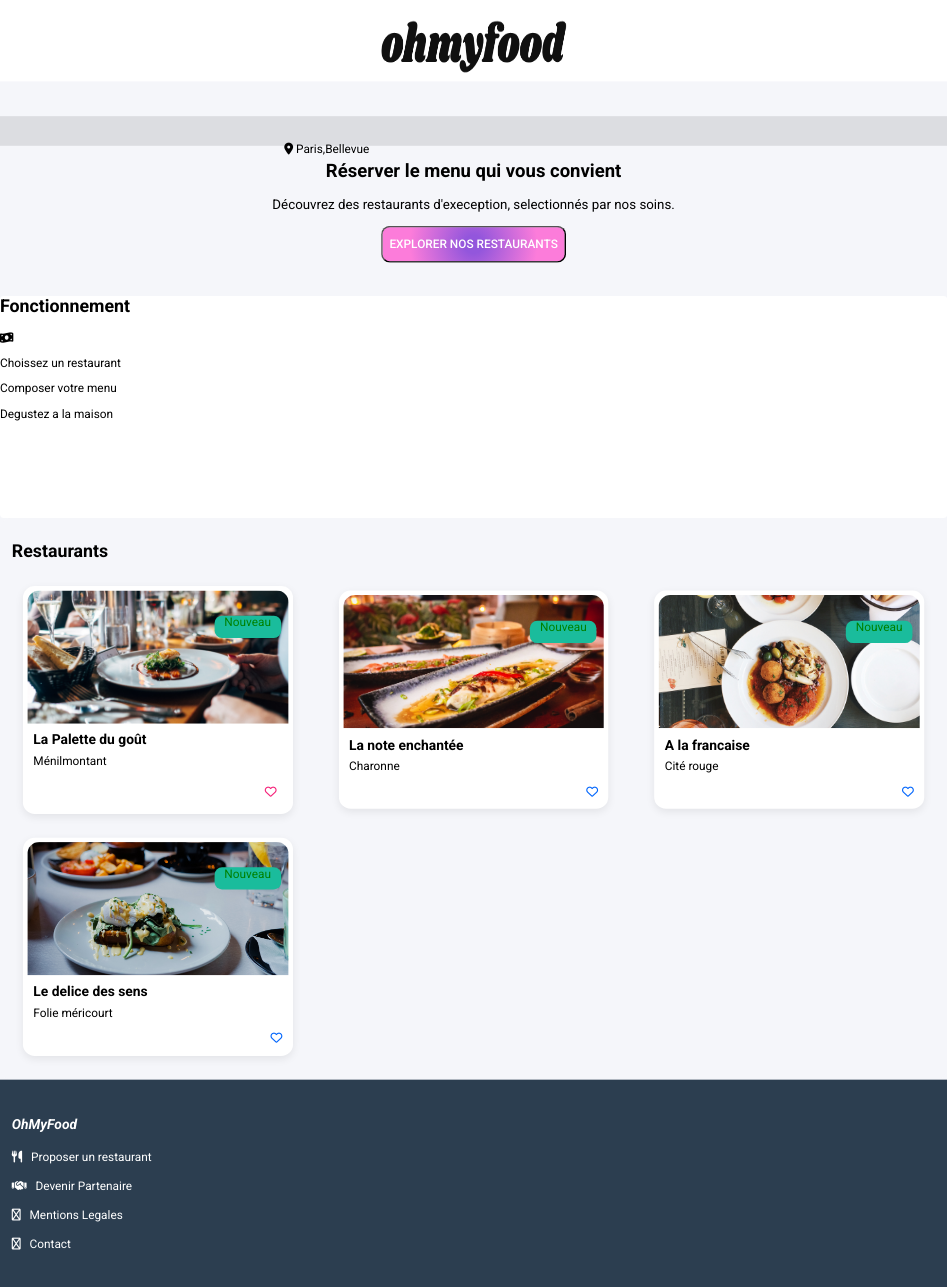
Repository: ultraasedev/ohmyfood
Page: index.html
These files come from the project's save history. The page is drawn as it stood at one moment and after the next save; the edit follows.
The browser window is 1280 px wide. The pictures show the whole page, at 74% of full size.
Some web fonts or font styles are not loaded; a fallback is used. Some web libraries are served in a nearby version.

Above is the page before, as saved 2022-10-27 18:41:23.

### index.html
<!doctype html>
<html lang="fr">
    <head>
        <meta charset="UTF-8">
        <meta name="viewport" content="width=device-width,minimum-scale=1,initial-scale=1,maximum-scale=2">

      <title>Ohmyfood!  - Home</title>
       <meta name="description" content="Ohmyfood! est une entreprise de commande de repas en ligne. Notre concept permet aux
       utilisateurs de composer leur propre menu et réduire leur temps d’attente dans les
       restaurants car leur menu est préparé à l’avance. Plus de perte de temps à consulter la carte"/>
       <meta property="og:site_name" content="Ohmyfood!  - est une entreprise de commande de repas en ligne. Notre concept permet aux
       utilisateurs de composer leur propre menu et réduire leur temps d’attente dans les
       restaurants car leur menu est préparé à l’avance. Plus de perte de temps à consulter la carte" />
       <meta property="og:description" content="est une entreprise de commande de repas en ligne. Notre concept permet aux
       utilisateurs de composer leur propre menu et réduire leur temps d’attente dans les
       restaurants car leur menu est préparé à l’avance. Plus de perte de temps à consulter la carte" />




       <link type="text/css" rel="stylesheet" href="css/normalize.css"/>
       <link type="text/css" rel="stylesheet" href="css/all.min.css"/>
       <link type="text/css" rel="stylesheet" href="css/fontawesome.min.css"/>
       <link rel="preconnect" href="https://fonts.googleapis.com">
        <link rel="preconnect" href="https://fonts.gstatic.com" crossorigin>
       <link href="https://fonts.googleapis.com/css2?family=Roboto:ital,wght@0,100;0,300;0,400;0,500;0,700;0,900;1,100;1,300;1,400;1,500;1,700;1,900&family=Shrikhand&display=swap" rel="stylesheet">
       <script   src="https://kit.fontawesome.com/f132f25ed3.js" crossorigin="anonymous"></script>

       <link type="text/css" rel="stylesheet" href="css/style.css" />



       </head>

       <body>
<!--Nav + Logo-->
   <div class="nav">
    <div class="logo">
      <img src="images/logo/ohmyfood.png" alt="Ohmyfood !" class="logo"/>
    </div>
   </div>


<!--Header-->
<header>
  <!--Location-->
 <div class="location">
  <div class="villeloca"><p><i class="fa-sharp fa-solid fa-location-dot"></i> Paris,Bellevue</p></div>
</div>

  <div class="head-cont">
    <h2>Réserver le menu qui vous convient</h2>
    <p>Découvrez des restaurants d'exeception, selectionnés par nos soins.</p>

    <button class="btn-nav">
      Explorer nos restaurants
    </button>
  </div>
</header>

<!--Fonctionnement-->
<section class="cont-fonc">
  <h2>Fonctionnement</h2>

  <div class="ctn-filtres">

    <div class="filtres">
      <i class="fa-solid fa-money-bill-wave"></i>
      <p>Choissez un restaurant</p>
    </div>

    <div class="filtres">
      <div class="circle-inf"></div>
      <p>Composer votre menu</p>
    </div>

    <div class="filtres">
      <div class="circle-inf"></div>
      <p>Degustez a la maison</p>
    </div>


  </div>

</section>
<!--Fonctionnement-->

<!--Restau 1-->
<section class="cont-art">
  <h2>Restaurants</h2>

  <!-- Card 1 -->
              <article class="resto-card">
                <a href="#">
                  <img
                    src="./images/restaurants/jay-wennington-N_Y88TWmGwA-unsplash.jpg"
                    alt="Photo de l'hébergement"
                  />
                  <div class="new">Nouveau</div>
                  <h3>La Palette du goût</h3>
                  <p>Ménilmontant</p>
                  <div class="stars">
                    <i class="fa-regular fa-heart active"></i>
                  </div>
                </a>
              </article>


               <!-- Card 2 -->
               <article class="resto-card">
                <a href="#">
                  <img
                    src="./images/restaurants/louis-hansel-shotsoflouis-qNBGVyOCY8Q-unsplash.jpg"
                    alt="Photo de l'hébergement"
                  />
                  <div class="new">Nouveau</div>
                  <h3>La note enchantée</h3>
                  <p>Charonne</p>
                  <div class="stars">
                    <i class="fa-regular fa-heart"></i>

                  </div>
                </a>
              </article>

               <!-- Card 3 -->
               <article class="resto-card">
                <a href="#">
                  <img
                    src="./images/restaurants/stil-u2Lp8tXIcjw-unsplash.jpg"
                    alt="Photo de l'hébergement"
                  />
                  <div class="new">Nouveau</div>
                  <h3>A la francaise</h3>
                  <p>Cité rouge</p>
                  <div class="stars">
                    <i class="fa-regular fa-heart"></i>
                  </div>
                </a>
              </article>

               <!-- Card 4 -->
               <article class="resto-card">
                <a href="#">
                  <img
                    src="./images/restaurants/toa-heftiba-DQKerTsQwi0-unsplash.jpg"
                    alt="Photo de l'hébergement"
                  />
                  <div class="new">Nouveau</div>
                  <h3>Le delice des sens</h3>
                  <p>Folie méricourt</p>
                  <div class="stars">
                    <i class="fa-regular fa-heart"></i>
                  </div>
                </a>
              </article>




</section>

<!--FOOTER-->
<footer>
  <div class="container-footer">
    <div class="card-footer">
      <h3 style="font-family: 'Roboto';font-weight: 700;font-style: italic;">OhMyFood</h3>
      <!--<img src="images/logo/ohmyfood.png" alt="Ohmyfood !" height="20px" width="80px" style="margin-bottom: 10px;"/>-->
      <a href="#"><i class="fa-solid fa-utensils"></i>&nbsp;&nbsp;&nbsp;Proposer un restaurant</a>
      <a href="#"><i class="fa-solid fa-handshake"></i>&nbsp;&nbsp;&nbsp;Devenir Partenaire</a>
      <a href="#"><i class="fa-regular fa-circle-info"></i>&nbsp;&nbsp;&nbsp;Mentions Legales</a>
      <a href="#"><i class="fa-regular fa-phone"></i>&nbsp;&nbsp;&nbsp;Contact</a>

    </div>

</footer>

### css/style.css
*{
    box-sizing: border-box;
    font-family: var(--fontall);
    max-width: 1380px;

}
:root{

  /*Font*/
  --fontall: 'Roboto', sans-serif;
  --fontlg: 'Shrikhand' , cursive;

  /*color*/
  --primary: #9356DC;
  --secon: #FF79DA;
  --tert: #99E2D0;

  --greybg: #f5f6fa;

}


body{
    background-color:  var(--greybg);
    font-family: var(--fontall);
}

/* Nav*/
.nav{
  display: flex;
  height: 130px;
  width: 100%;
  background-color: #fff;
  align-items: center;
  align-content: center;
  text-align: center;
  margin-bottom: 10px;
}
/*Logo*/
.logo{
  position: relative;
  align-items: center;
  align-content: center;
  text-align: center;
  margin-right: auto;
  margin-left: auto;
}
.logo img{
  height: 70px;
  width: 250px;
}
/*Header*/
header{
  position: absolute;
  height: 300px;
  width: 100%;
  background-color: #f5f6fa;
  align-items: center;
  align-content: center;
  text-align: center;
  margin-top: -30px;
}
/*Location*/
.location{
  position: flex;
  background-color: #dcdde1;
  height: 40px;
  margin-top: -8px;
  align-items: center;
  align-content: center;
  text-align: center;
}
.location .villeloca{
  position: absolute;
  align-items: center;
  align-content: center;
  text-align: center;
  left: 30%;
}

/*Head-Cont*/

.head-cont h2{
  font-size: 25px;
  font-weight: bold;

}
.head-cont p{
  font-size: 18px;
  font-weight: 400;

}
/*Btn-nav*/
.btn-nav{
  align-items: center;
  align-content: center;
  text-transform: uppercase;
  transition: 0.5s;
  background: rgb(147,86,220);
  background: radial-gradient(circle, rgba(147,86,220,1) 10%, rgba(252,124,218,1) 69%);
  z-index: -1;
  transition: transform 400ms ease-in;
  color: #fff;
  width: 250px;
  height: 50px;
  overflow: hidden;
  text-decoration: none;
  border-radius: 12px;
 font-weight: 500;

}
/*Fonctionnement*/
.cont-fonc{
  position: relative;
  background-color: #fff;
  height: 300px;
  margin-top: 270px;
  border-radius: 5px;
}


/* Content Article */
.cont-art{
  background-color: #f5f6fa;
  padding: 32px 16px;
  border-radius: 16px;
  display: grid;
  grid-template-columns: repeat(3, 1fr);
  gap: 32px;
  left: 10px;
}
.cont-art h2 {
  grid-column: 1/-1;
  margin: 0;
}
.cont-art .resto-card{
  background: white;
  padding: 6px;
  border-radius: 16px;
  margin: auto;
  box-shadow: rgba(0, 0, 0, 0.08) 0px 4px 12px;
  transition: 0.2s;
  width: calc(100% - 30px);
}
.cont-art .resto-card .new{
  position: relative;
  background-color: #1abc9c;
  color: green;
  height: 30px;
  width: 90px;
  text-align: center;
  justify-content: center;
  align-items: center;
  border-radius: 10px;
  float: right;
  top: -150px;
  margin-right: 10px;
  font-weight: 400;
}
.cont-art .resto-card img {
  height: 180px;
  object-fit: cover;
  width: 100%;
  border-top-right-radius: 16px;
  border-top-left-radius:16px;
}
.cont-art .resto-card a {
  text-decoration: none;
  color: inherit;
}

.cont-art .resto-card h3 {
  margin: 8px 8px 8px;
}

.cont-art .resto-card p {
  margin: 8px 8px 8px;
}

.cont-art .resto-card .stars {
  margin: 8px 8px 8px;
  color: #0065fc;
  float: right;
}
.cont-art .resto-card .stars .active{
  margin: 8px 8px 8px;
  color: #f52179;
}

/*FOOTER*/
footer {
  background-color: #2c3e50;
  padding: 32px 16px;
  color: #fff;
}
.container-footer {
  display: flex;
  max-width: 1330px;
  margin: auto;
  font-family: "Raleway", sans-serif;
  gap: 16px;
}
.card-footer {
  display: flex;
  flex-direction: column;
  min-width: 30%;
}

.card-footer a {
  margin-top: 5px;
  margin-bottom: 16px;
  text-decoration: none;
  color: inherit;
}

.card-footer a:hover {
  text-decoration: underline !important;
}

Loaded but not shown: css/normalize.css (library); css/all.min.css (library); css/fontawesome.min.css (library)

After the next save:
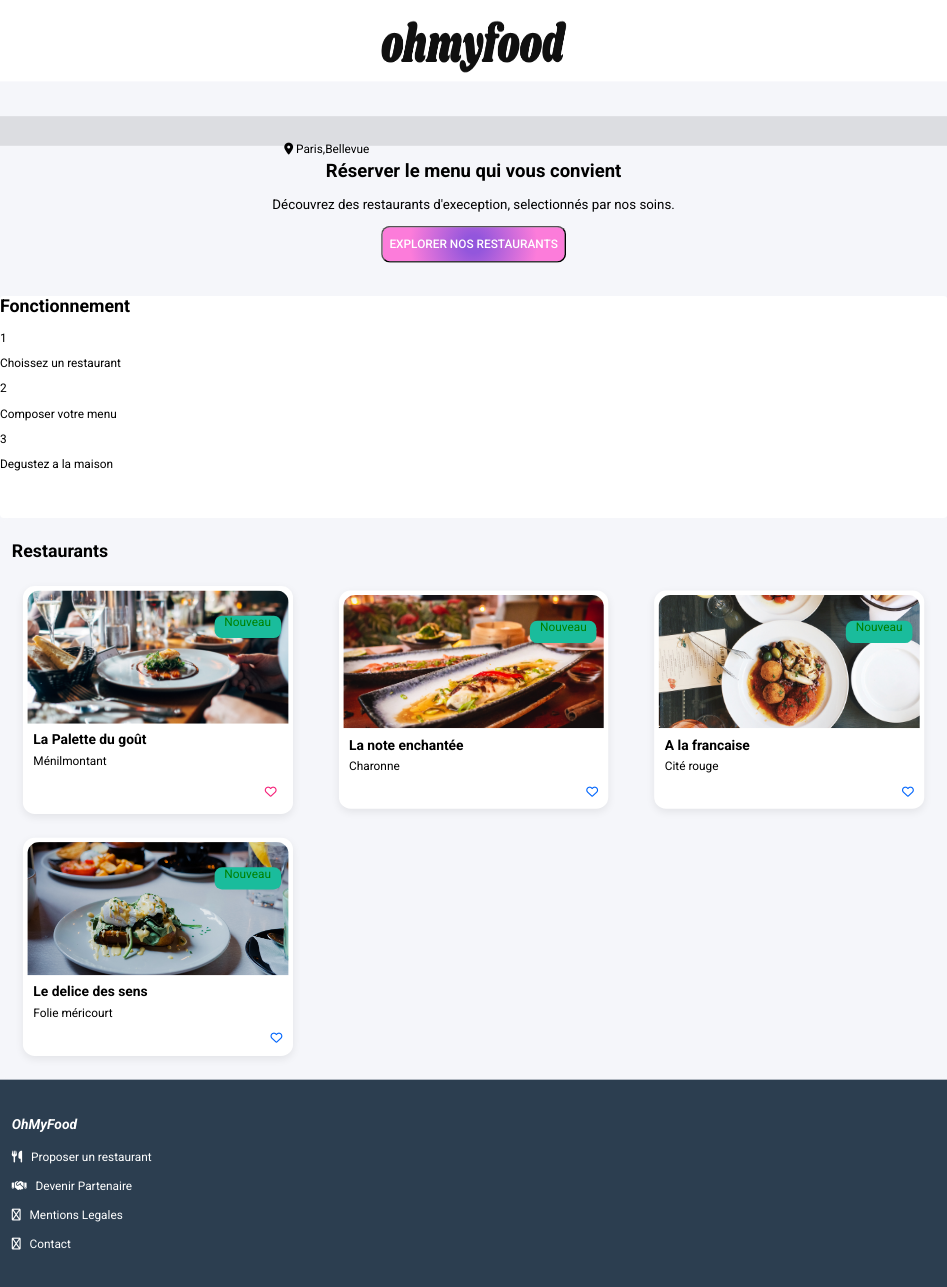
Saved 36 s later.
--- a/index.html
+++ b/index.html
@@ -65,17 +65,17 @@
   <div class="ctn-filtres">
 
     <div class="filtres">
-      <i class="fa-solid fa-money-bill-wave"></i>
+      <div class="circle-inf">1</div>
       <p>Choissez un restaurant</p>
     </div>
 
     <div class="filtres">
-      <div class="circle-inf"></div>
+      <div class="circle-inf">2</div>
       <p>Composer votre menu</p>
     </div>
 
     <div class="filtres">
-      <div class="circle-inf"></div>
+      <div class="circle-inf">3</div>
       <p>Degustez a la maison</p>
     </div>
 
